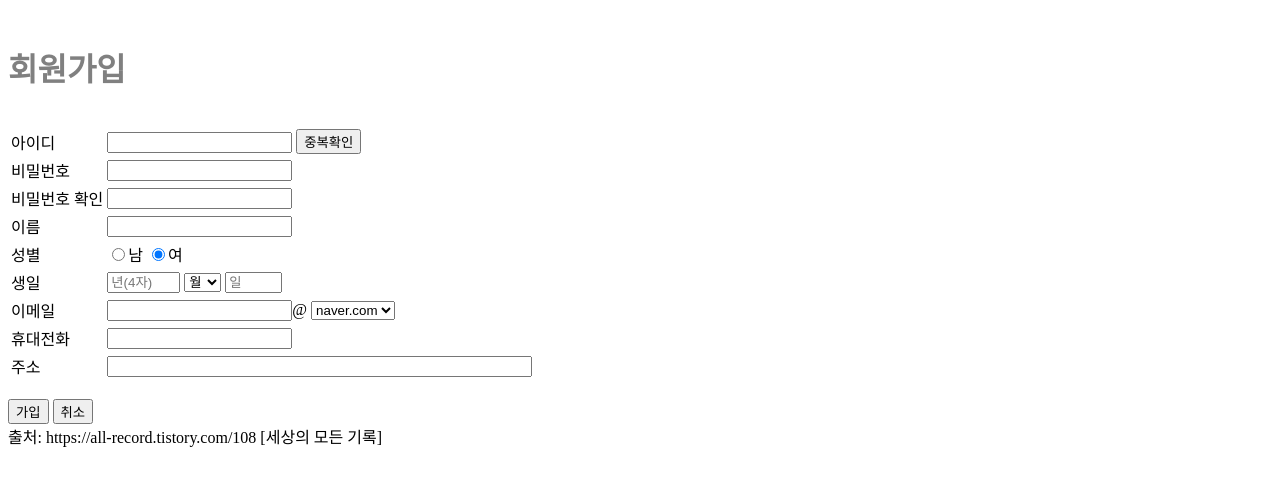
Repository: yoojisoo/YONSAI
Page: http://localhost/teatJava/html/join.jsp
An editor plug-in stored every save of this project. The page is shown before and after the next save, followed by the edit.
The browser window is 1280 px wide. The pictures show the whole page.
The page is served by Tomcat 9.

Above is the page before, as saved 2021-08-20 06:35:20.

After the next save:
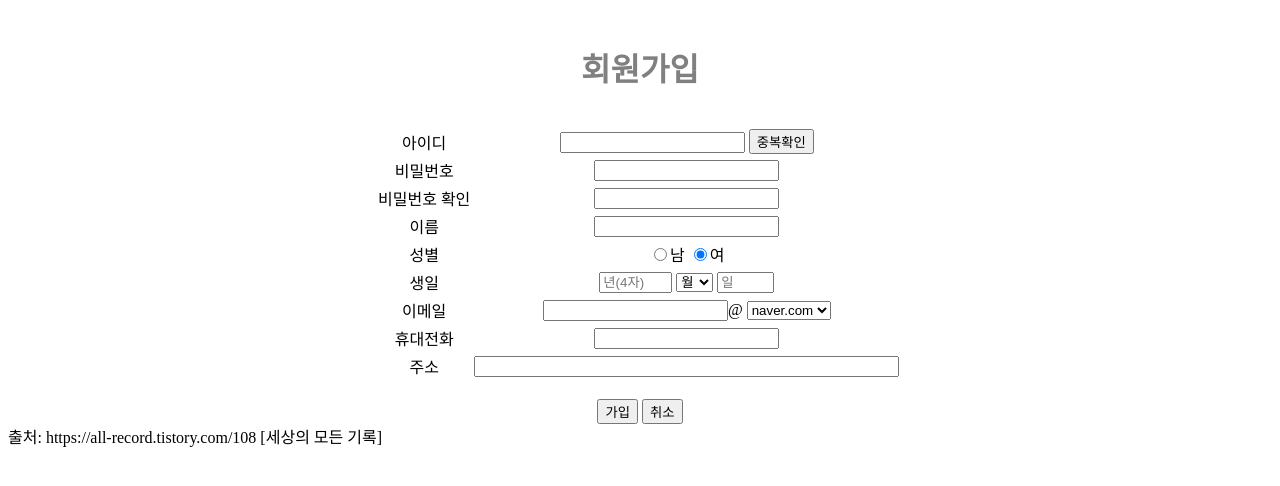
Saved 4 min 7 s later.
--- a/jsworkspace/teatJava/src/main/webapp/html/join.jsp
+++ b/jsworkspace/teatJava/src/main/webapp/html/join.jsp
@@ -8,7 +8,12 @@
 <script src="../js/jquery-3.6.0.js"></script> <!--제이쿼리라이브러리-->
 <script>
 	$(document).ready(function(){
-
+	        $("#join").css({
+	        "width":"530px",
+            "margin-left":"auto",
+            "margin-right":"auto",
+            "text-align":"center"
+	        })
 	});
 
 </script>
